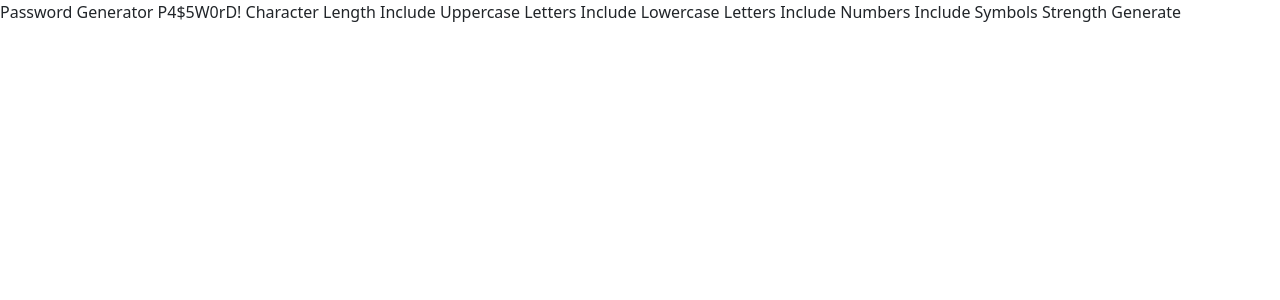
Repository: blordeus/password-generator-app
Page: starter-code/index.html
The author's editor kept a copy of each file at every save. The page is drawn from the files as they stood at one save, then again after the next save.
The browser window is 1280 px wide. The pictures show the whole page.

Above is the page before, as saved 2023-10-05 15:50:43.

### starter-code/index.html
<!DOCTYPE html>
<html lang="en">
<head>
  <meta charset="UTF-8">
  <meta name="viewport" content="width=device-width, initial-scale=1.0">
  <link href="https://cdn.jsdelivr.net/npm/bootstrap@5.3.2/dist/css/bootstrap.min.css" rel="stylesheet" integrity="sha384-T3c6CoIi6uLrA9TneNEoa7RxnatzjcDSCmG1MXxSR1GAsXEV/Dwwykc2MPK8M2HN" crossorigin="anonymous">
  <script src="https://cdn.jsdelivr.net/npm/bootstrap@5.3.2/dist/js/bootstrap.bundle.min.js" integrity="sha384-C6RzsynM9kWDrMNeT87bh95OGNyZPhcTNXj1NW7RuBCsyN/o0jlpcV8Qyq46cDfL" crossorigin="anonymous" defer></script>
  <link rel="icon" type="image/png" sizes="32x32" href="./assets/images/favicon-32x32.png">
  <link href="https://fonts.googleapis.com/css2?family=JetBrains+Mono:wght@700&display=swap" rel="stylesheet">
  <title>Frontend Mentor | Password generator app</title>
</head>
<body>
<main>

    Password Generator

    P4$5W0rD!

    Character Length

    Include Uppercase Letters
    Include Lowercase Letters
    Include Numbers
    Include Symbols

    Strength

    Generate
</main>

</body>
</html>

After the next save:
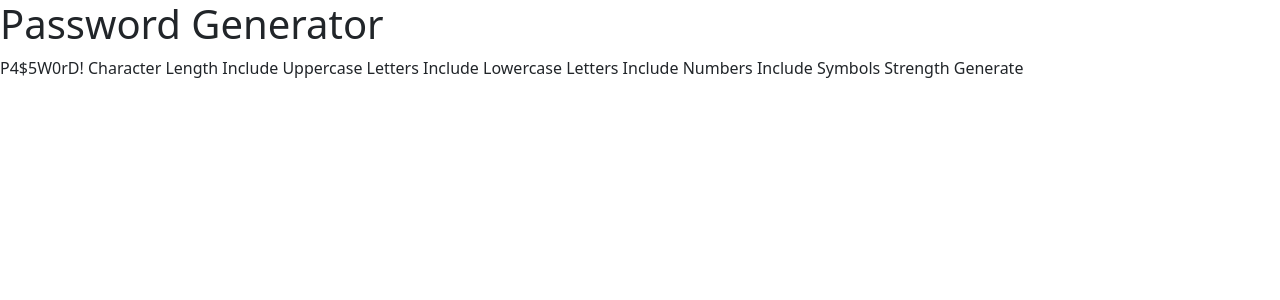
Saved 26 s later.
--- a/starter-code/index.html
+++ b/starter-code/index.html
@@ -12,7 +12,7 @@
 <body>
 <main>
 
-    Password Generator
+    <h1>Password Generator</h1>
 
     P4$5W0rD!
 
